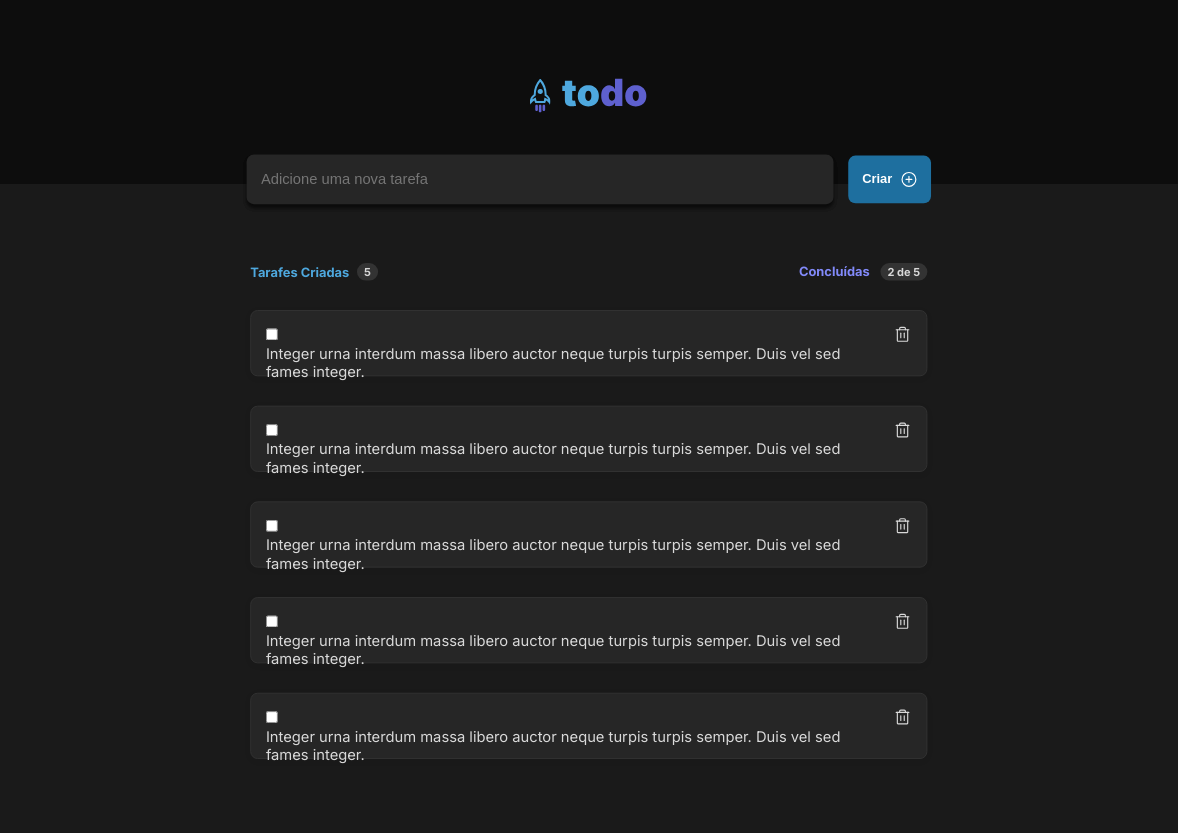
Repository: guilhermecardoso93/todolistreact
Page: /
An editor plug-in stored every save of this project. The page is shown before and after the next save, followed by the edit.
The browser window is 1280 px wide. The pictures show the whole page, at 92% of full size.
The project was rebuilt for these pictures with package versions that can differ from the ones it lists, and the page was loaded fresh each time. Also part of the build but not shown: vite.config.ts.

Above is the page before, as saved 2022-07-02 20:14:36.

After the next save:
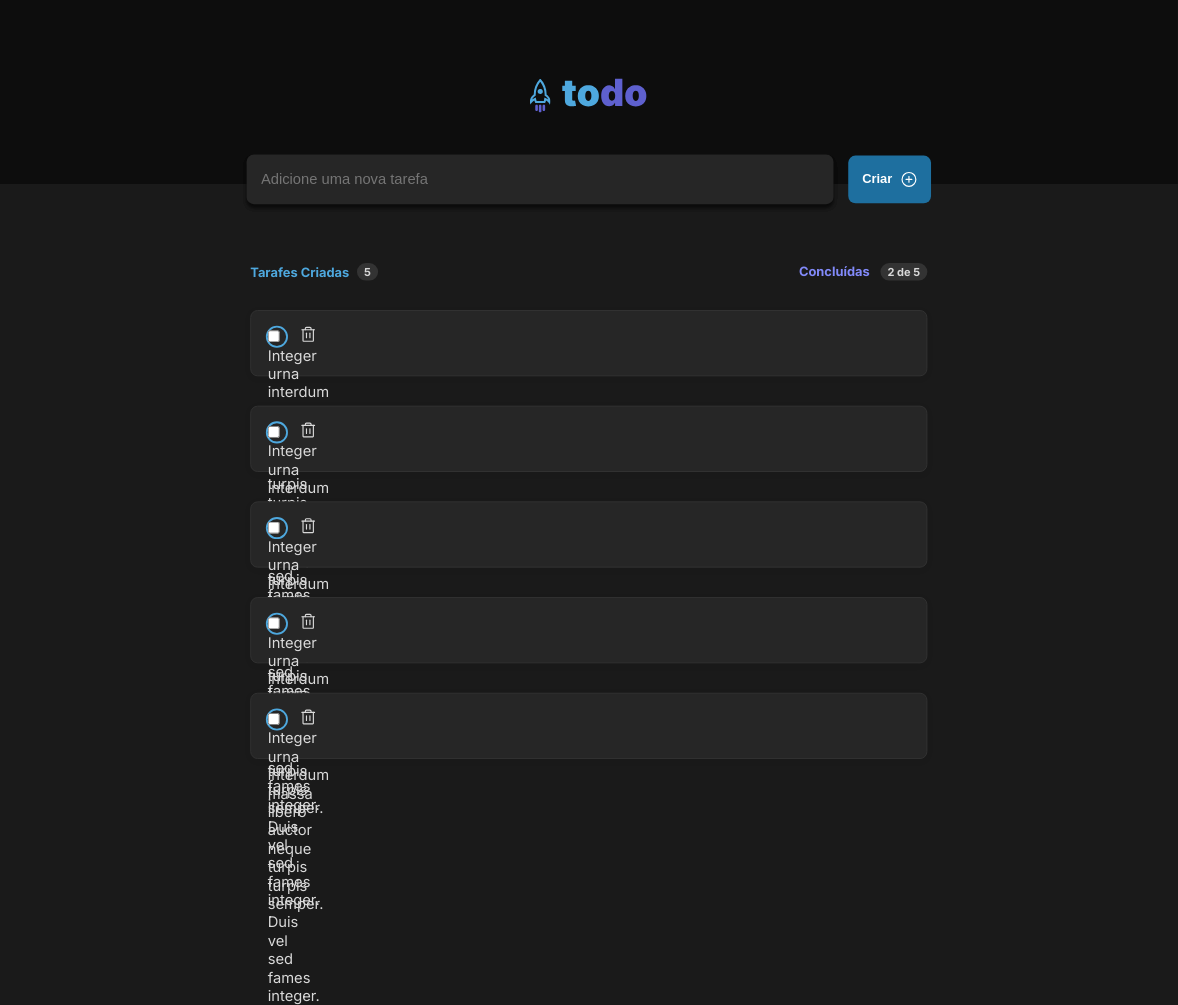
Saved 8 s later.
--- a/src/TasksList.module.css
+++ b/src/TasksList.module.css
@@ -1,6 +1,8 @@
+
+
 .tasksList {
   display: flex;
-  flex-direction: row;
+  flex-direction: column;
   gap: 1rem;
 
   margin-top: 2rem;
@@ -9,7 +11,7 @@
 .tasksListItem {
   display: flex;
   flex-direction: row;
-  align-items: space-between;
+  align-items: flex-start;
   padding: 16px;
   gap: 12px;
 
@@ -19,10 +21,17 @@
   background: var(--gray-500);
   color: var(--gray-100);
 
-  width: 100%;
+  width: 736px;
   height: 72px;
 }
 
+.tasksListItemCheck {
+  border-radius: 50%;
+  border: 2px solid var(--blue);
+  background: none;
+  width: 24px;
+  height: 24px;
+}
 
 .delete {
   background: none;
